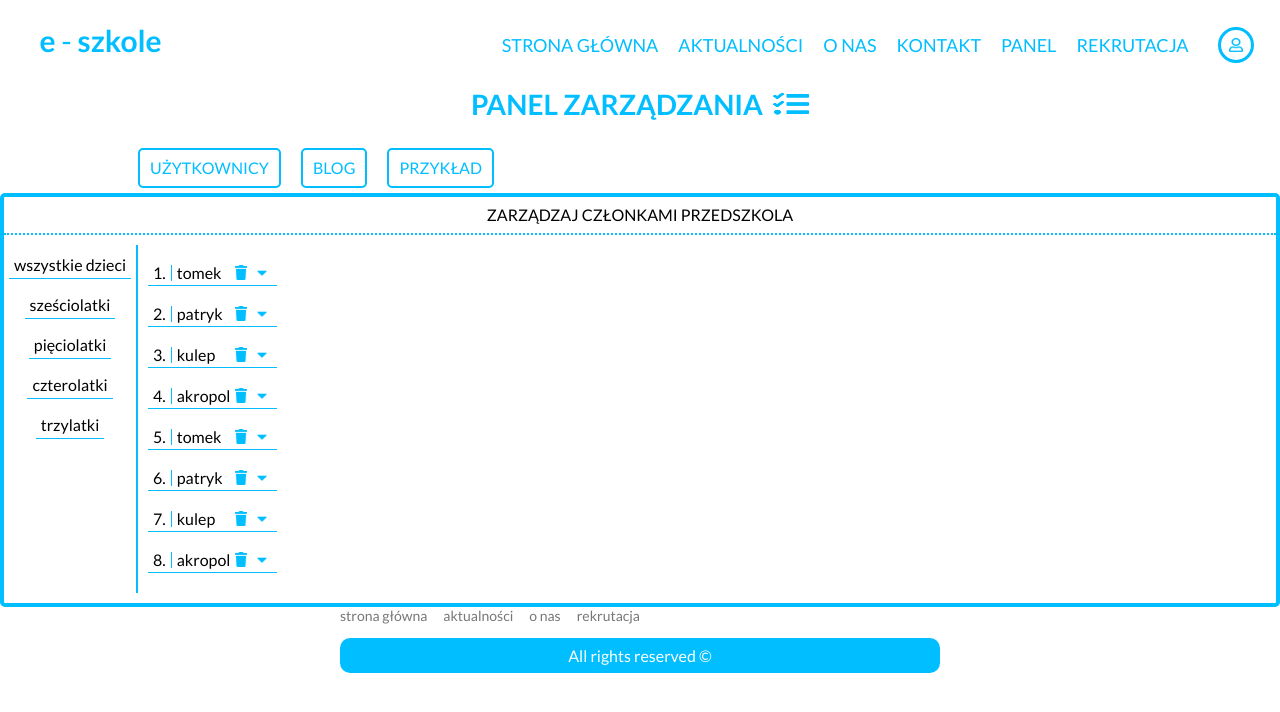
Repository: Votex874/e-szkole
Page: /panel (app in app/)
These files come from the project's save history. The page is drawn as it stood at one moment and after the next save; the edit follows.
The browser window is 1280 px wide. The pictures show the whole page.
The project was rebuilt for these pictures with package versions that can differ from the ones it lists, and the page was loaded fresh each time. Also part of the build but not shown: app/src/components/News/Title/index.js, app/src/components/News/Content/index.js, app/src/components/News/Avatar/index.js, app/src/components/News/Footer/index.js, app/src/components/News/index.js, app/src/components/AboutUs/Content/index.js, app/src/components/AboutUs/index.js, app/src/components/Graduates/ListItem/index.js and 26 more.

Above is the page before, as saved 2019-04-04 09:48:42.

After the next save:
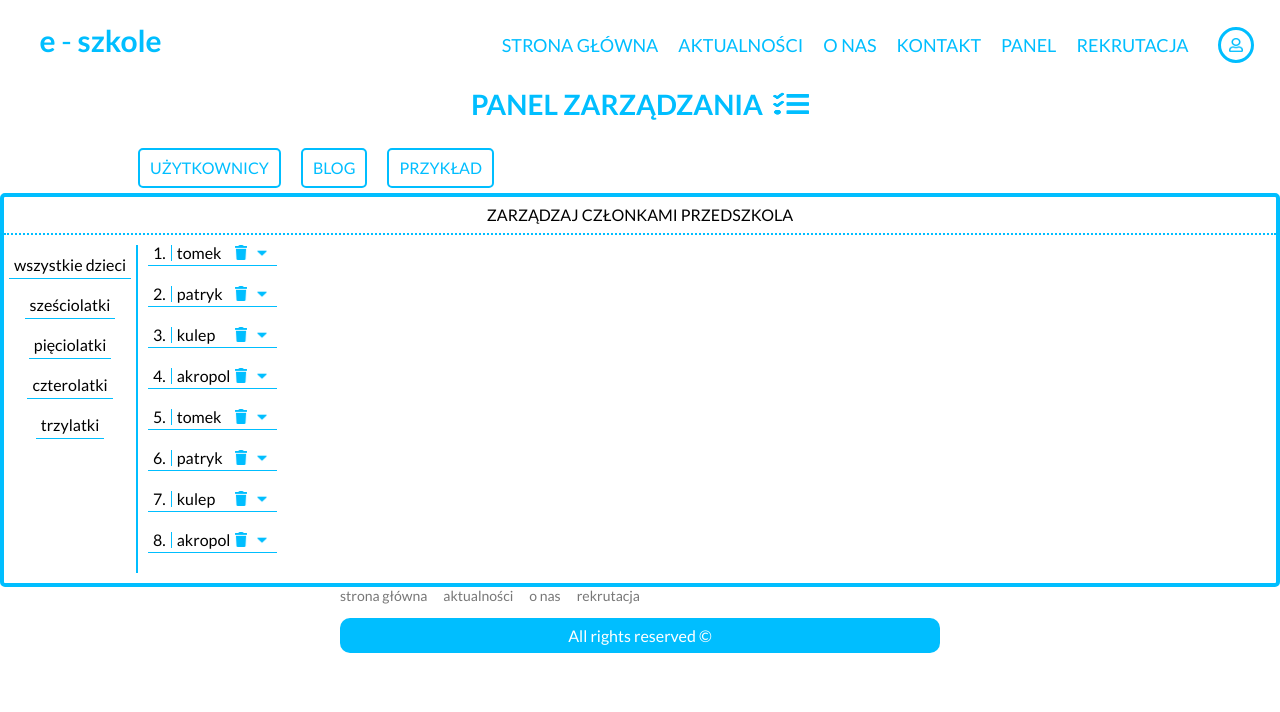
Saved 49 s later.
--- a/app/src/components/PanelOptions/Users/index.js
+++ b/app/src/components/PanelOptions/Users/index.js
@@ -42,6 +42,9 @@ const UserItem = styled.li`
   flex-direction: column;
   @media (min-width: 768px) and (max-width: 1399px){
     margin: 20px 0;
+  }
+  &:nth-of-type(1){
+    margin-top: 0;
   }
 `
 
